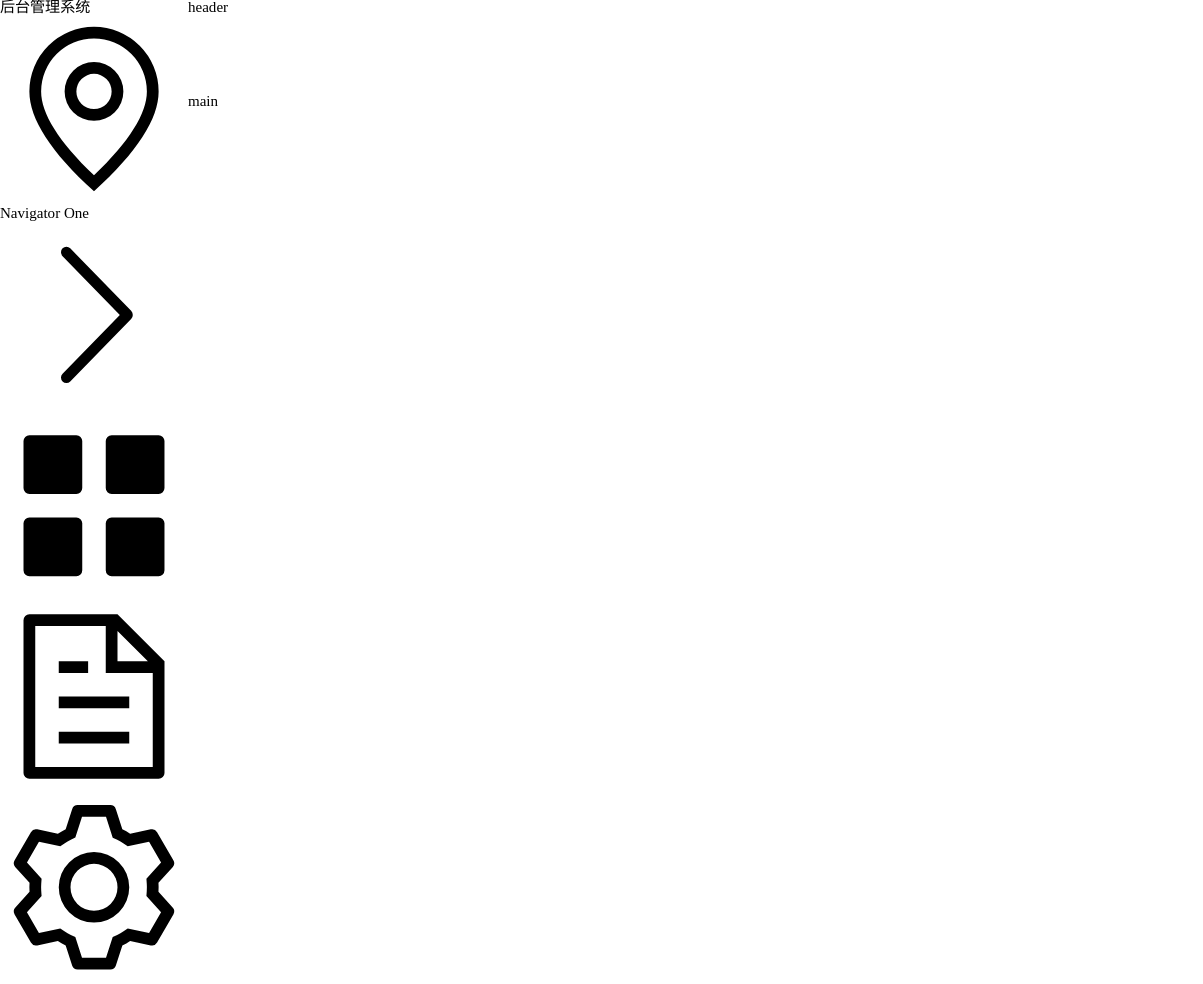
Repository: serrrN/admin
Page: /
The author's editor kept a copy of each file at every save. The page is drawn from the files as they stood at one save, then again after the next save.
The browser window is 1280 px wide. The pictures show the whole page, at 94% of full size.
The project was rebuilt for these pictures with package versions that can differ from the ones it lists, and the page was loaded fresh each time. Also part of the build but not shown: vite.config.ts, src/styles/index.scss.

Above is the page before, as saved 2024-06-02 12:09:59.

### src/main.ts
import { createApp } from 'vue'
import App from './App.vue'
import ElementPlus from 'element-plus'
import zhCn from 'element-plus/es/locale/lang/zh-cn'
import * as ElementPlusIconsVue from '@element-plus/icons-vue'
import router from './router'
import 'reset-css'
import './styles/index.scss'
const app = createApp(App)
for (const [key, component] of Object.entries(ElementPlusIconsVue)) {
  app.component(key, component)
}
app.use(ElementPlus, { locale: zhCn })
app.use(router)
app.mount('#app')

### src/App.vue
<script setup lang="ts"></script>

<template>
  <router-view></router-view>
</template>

<style>
#app,
html,
body {
  width: 100%;
  height: 100%;
}
</style>

### src/router/index.ts
import { createRouter, createWebHistory } from 'vue-router'
const routes = [
  {
    path: '/',
    name: 'home',
    component: () => import('@/layout/index.vue'),
  },
]
const router = createRouter({
  history: createWebHistory(),
  routes,
})
export default router

### src/layout/index.vue
<template>
  <div class="layout-container">
    <div class="left">
      <Menu></Menu>
    </div>
    <div class="right">
      <div class="header">header</div>
      <div class="main">main</div>
    </div>
  </div>
</template>

<script lang="ts" setup>
import Menu from './menu/index.vue'
</script>

<style scoped lang="scss">
.layout-container {
  width: 100%;
  height: 100%;
  display: flex;
  .left {
    height: 100%;
    width: $layout-container-left-max-width;
  }
  .right {
    width: calc(100% - $layout-container-left-max-width);
    .header {
      width: 100%;
      height: $layout-container-header-height;
    }
    .main {
      height: calc(100% - $layout-container-header-height);
      width: 100%;
    }
  }
}
</style>

### src/styles/variable.scss
// 布局容器左边未塌陷宽度
$layout-container-left-max-width:200px;
// 布局容器左边塌陷后宽度
$layout-container-left-min-width:0px;

// 布局容器头部高度
$layout-container-header-height:100px;

### src/layout/menu/index.vue
<template>
  <el-menu
    default-active="2"
    class="el-menu-vertical-demo"
    :collapse="isCollapse"
    @open="handleOpen"
    @close="handleClose"
  >
    <div class="name">后台管理系统</div>
    <el-sub-menu index="1">
      <template #title>
        <el-icon><location /></el-icon>
        <span>Navigator One</span>
      </template>
      <el-menu-item-group>
        <template #title><span>Group One</span></template>
        <el-menu-item index="1-1">item one</el-menu-item>
        <el-menu-item index="1-2">item two</el-menu-item>
      </el-menu-item-group>
      <el-menu-item-group title="Group Two">
        <el-menu-item index="1-3">item three</el-menu-item>
      </el-menu-item-group>
      <el-sub-menu index="1-4">
        <template #title><span>item four</span></template>
        <el-menu-item index="1-4-1">item one</el-menu-item>
      </el-sub-menu>
    </el-sub-menu>
    <el-menu-item index="2">
      <el-icon><icon-menu /></el-icon>
      <template #title>Navigator Two</template>
    </el-menu-item>
    <el-menu-item index="3" disabled>
      <el-icon><document /></el-icon>
      <template #title>Navigator Three</template>
    </el-menu-item>
    <el-menu-item index="4">
      <el-icon><setting /></el-icon>
      <template #title>Navigator Four</template>
    </el-menu-item>
  </el-menu>
</template>

<script lang="ts" setup>
import { ref } from 'vue'
import {
  Document,
  Menu as IconMenu,
  Location,
  Setting,
} from '@element-plus/icons-vue'

const isCollapse = ref(true)
const handleOpen = (key: string, keyPath: string[]) => {
  console.log(key, keyPath)
}
const handleClose = (key: string, keyPath: string[]) => {
  console.log(key, keyPath)
}
</script>

<style>
.el-menu {
  height: 100%;
}
.el-menu-vertical-demo:not(.el-menu--collapse) {
  width: 200px;
  min-height: 400px;
}
</style>

Loaded but not shown: index.html (common file)

After the next save:
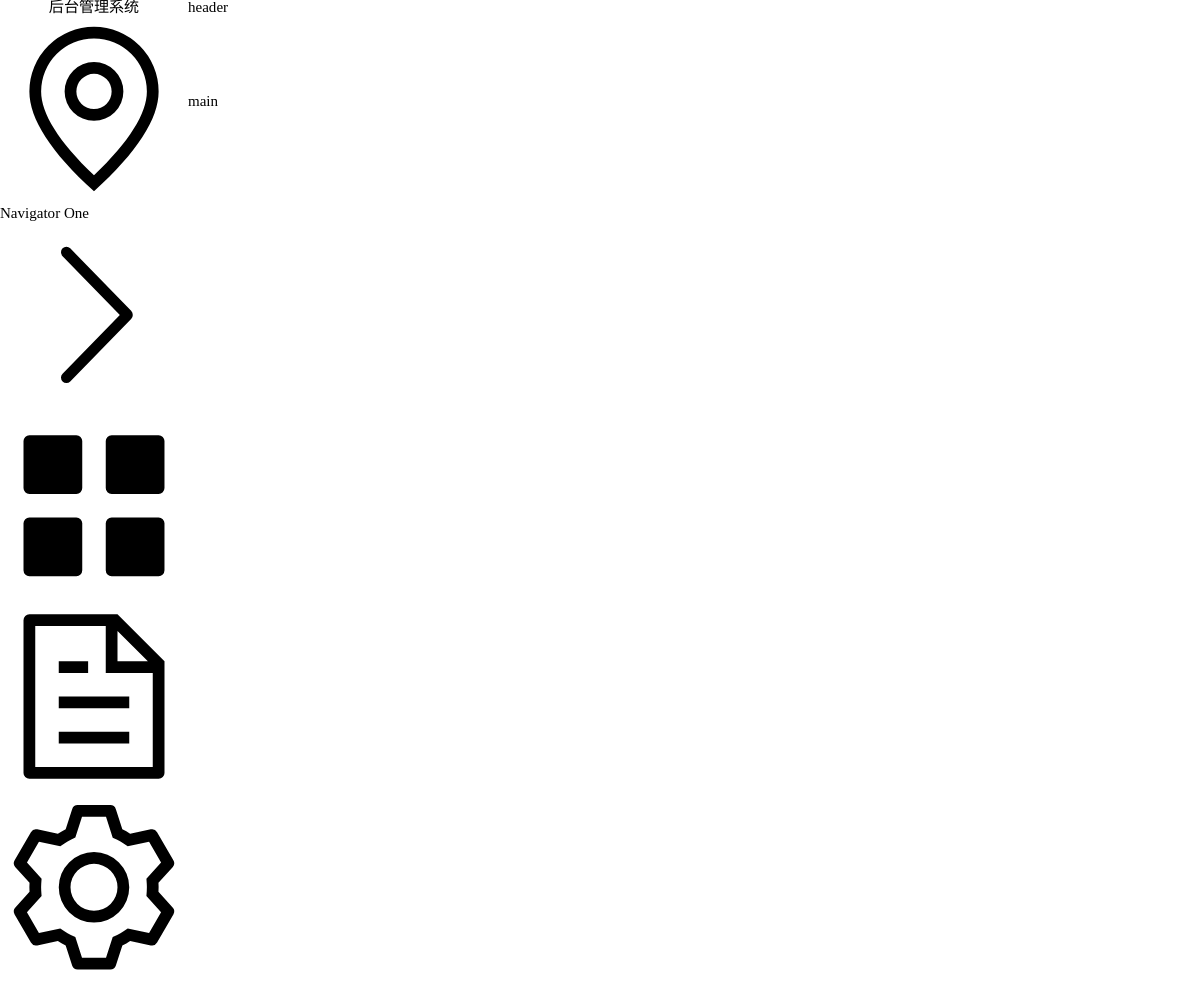
Saved 26 s later.
--- a/src/layout/menu/index.vue
+++ b/src/layout/menu/index.vue
@@ -61,6 +61,9 @@ const handleClose = (key: string, keyPath: string[]) => {
 <style>
 .el-menu {
   height: 100%;
+  .name {
+    text-align: center;
+  }
 }
 .el-menu-vertical-demo:not(.el-menu--collapse) {
   width: 200px;
